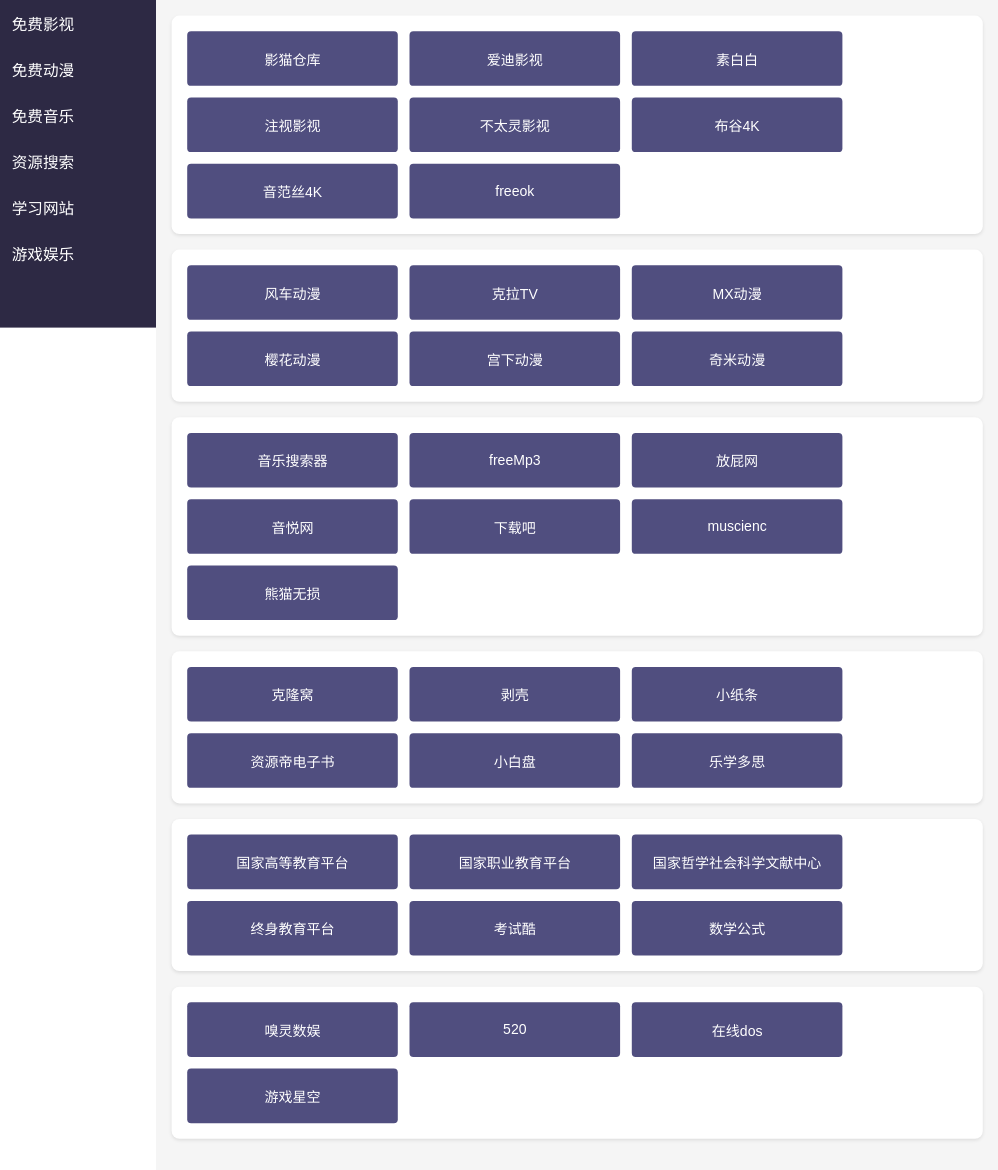
Repository: D-cocoa/D-cocoa.github.io
Page: index.html
The author's editor kept a copy of each file at every save. The page is drawn from the files as they stood at one save, then again after the next save.
The browser window is 1280 px wide. The pictures show the part of the page from y = 300 to 1800 px (the page is 1800 px tall before and 720 px after), at 78% of full size.

Above is the page before, as saved 2025-02-05 13:26:00.

After the next save:
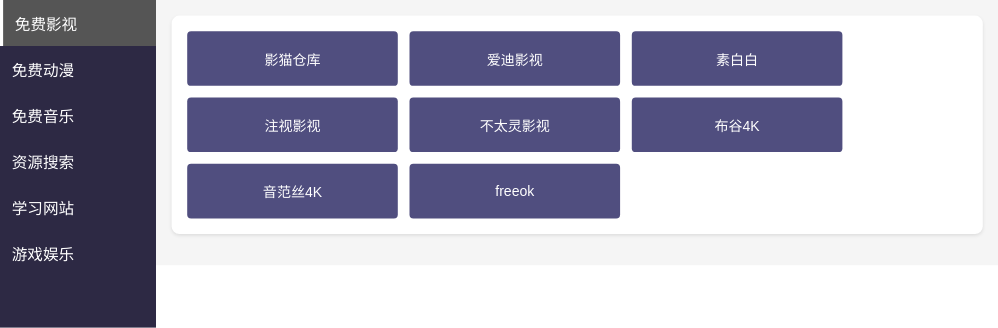
Saved 1 s later.
--- a/index.html
+++ b/index.html
@@ -180,6 +180,22 @@
         .site-link:hover {
             background-color: rgb(100, 98, 147);
         }
+
+        /* 添加激活状态的导航样式 */
+        #sidebar li a.active {
+            background-color: #555;
+            border-left: 4px solid #fff;
+        }
+
+        /* 默认隐藏所有内容区域 */
+        .section {
+            display: none;
+        }
+
+        /* 显示激活的内容区域 */
+        .section.active {
+            display: block;
+        }
     </style>
 </head>
 <body>
@@ -263,9 +279,7 @@ muscienc,https://www.musicenc.com/
 在线dos,https://dos.lol/
 游戏星空,https://gamestarfield.com/`;
 
-            console.log("Raw data:", data);
             const navData = parseNavData(data);
-            console.log("Parsed navigation data:", navData);
             createNavigation(navData);
         }
 
@@ -299,12 +313,16 @@ muscienc,https://www.musicenc.com/
             contentDiv.innerHTML = '';
 
             // 创建导航菜单和内容
+            let isFirst = true;
             for (const [category, sites] of Object.entries(navData)) {
                 // 添加导航项
                 const li = document.createElement('li');
                 const a = document.createElement('a');
                 a.href = `#${category}`;
                 a.textContent = category;
+                if (isFirst) {
+                    a.classList.add('active');
+                }
                 li.appendChild(a);
                 navList.appendChild(li);
 
@@ -312,6 +330,10 @@ muscienc,https://www.musicenc.com/
                 const section = document.createElement('div');
                 section.id = category;
                 section.className = 'section';
+                if (isFirst) {
+                    section.classList.add('active');
+                    isFirst = false;
+                }
 
                 const siteContainer = document.createElement('div');
                 siteContainer.className = 'site-container';
@@ -320,32 +342,38 @@ muscienc,https://www.musicenc.com/
                     siteLink.href = siteUrl;
                     siteLink.textContent = siteName;
                     siteLink.className = 'site-link';
-                    siteLink.target = "_blank"; // 在新标签页中打开链接
+                    siteLink.target = "_blank";
                     siteContainer.appendChild(siteLink);
                 }
                 section.appendChild(siteContainer);
                 contentDiv.appendChild(section);
             }
 
-            // 导航和内容切换逻辑
+            // 添加导航点击事件
             const links = document.querySelectorAll('#sidebar a');
             const sections = document.querySelectorAll('.section');
 
             links.forEach(link => {
                 link.addEventListener('click', function(e) {
                     e.preventDefault();
+
+                    // 移除所有导航项的激活状态
+                    links.forEach(l => l.classList.remove('active'));
+                    // 添加当前点击项的激活状态
+                    this.classList.add('active');
+
+                    // 获取目标内容区域
                     const targetId = this.getAttribute('href').substring(1);
+
+                    // 隐藏所有内容区域
                     sections.forEach(section => {
                         section.classList.remove('active');
                     });
+
+                    // 显示目标内容区域
                     document.getElementById(targetId).classList.add('active');
                 });
             });
-
-            // 默认显示第一个部分
-            if (sections.length > 0) {
-                sections[0].classList.add('active');
-            }
         }
 
         // 初始加载导航数据
